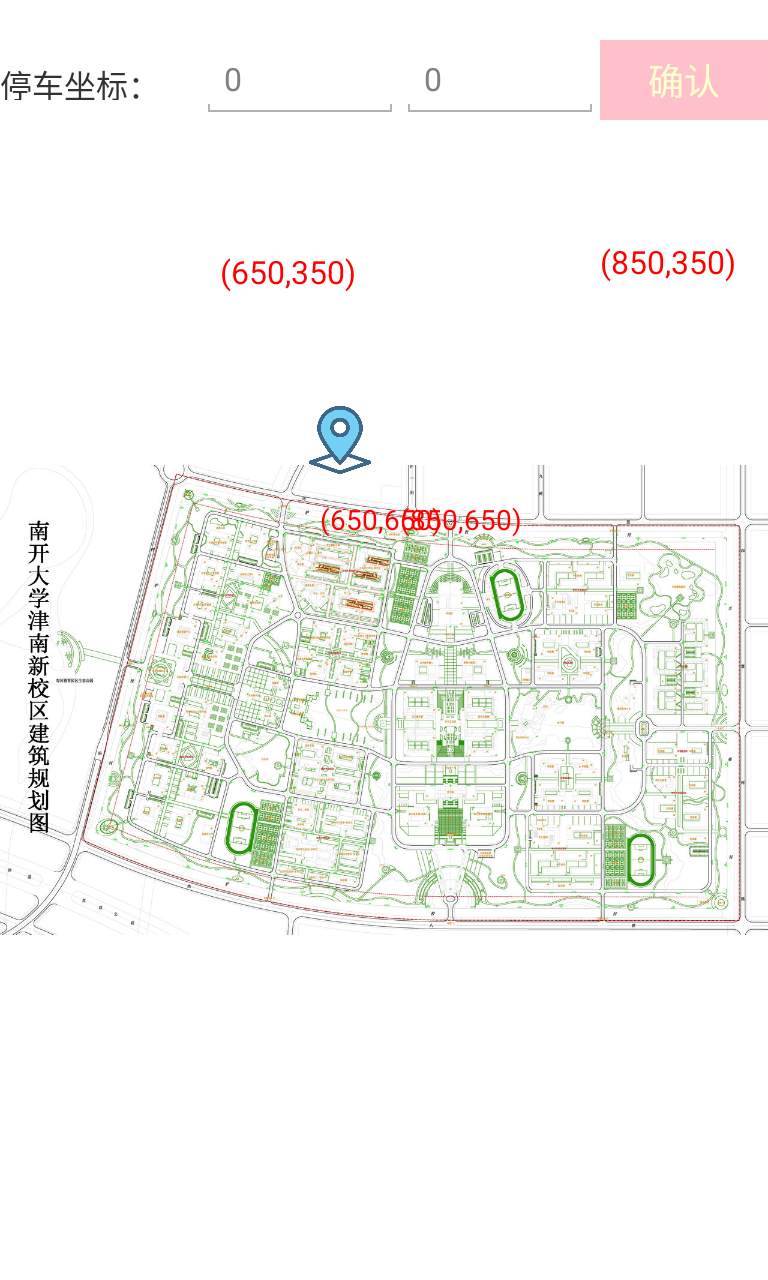
Repository: CovaWang/temporary_embedded
Layout: 7#车联·共享单车/代码/代码/res/layout/compass.xml
These files come from the project's save history. The layout is drawn as it stood at one moment and after the next save; the edit follows.
It is drawn on a 768 x 1280 px phone screen (xhdpi) without system bars, with theme AppTheme; the app's code is not run.

Above is the layout before, as saved 2024-05-08 11:19:48.

### 7#车联·共享单车/代码/代码/res/layout/compass.xml
<?xml version="1.0" encoding="utf-8"?>
<RelativeLayout xmlns:android="http://schemas.android.com/apk/res/android"
    android:layout_width="fill_parent"
    android:layout_height="match_parent"
    android:orientation="vertical" >


	    <TextView
			android:layout_width="100dp"
			android:layout_height="20dp"
			android:layout_marginTop='30dp'
			android:layout_marginLeft='0dp'
			android:text="停车坐标："
			android:textSize="16dp"
			android:layout_weight="1" />

	    <EditText
	        android:id="@+id/compass_text1"
			android:layout_width="100dp"
			android:layout_height="40dp"
			android:layout_marginTop='20dp'
			android:layout_marginLeft='100dp'
			android:hint="0"
			android:textSize="16sp"
			android:textColor="#8A2BE2"
			android:layout_weight="1" />

	    <EditText
	        android:id="@+id/compass_text2"
			android:layout_width="100dp"
			android:layout_height="40dp"
			android:layout_marginTop='20dp'
			android:layout_marginLeft='200dp'
			android:hint="0"
			android:textSize="16sp"
			android:textColor="#8A2BE2"
			android:layout_weight="1" />

	    <Button
        android:id="@+id/compass_btn"
        android:layout_width="100dp"
        android:layout_height="40dp"
        android:layout_marginTop="20dp"
        android:layout_marginLeft="300dp"
        android:background="#FFC0CB"
        android:text="确认"
        android:textColor="#FFC" />


    <ImageView
        android:id="@+id/compass_img"
        android:layout_width="match_parent"
        android:layout_height="match_parent"
        android:layout_marginTop='60dp'
	    android:layout_marginLeft='0dp'
        android:src="@drawable/map"
        android:layout_weight="1" />

    <!-- 当前位置 -->
     <ImageView
        android:id="@+id/compass_sit"
        android:layout_width="40dp"
        android:layout_height="40dp"
        android:layout_marginTop='200dp'
	    android:layout_marginLeft='150dp'
        android:src="@drawable/situation"
        android:layout_weight="1" />

    <!-- 左下点 (225,275)-->
     <TextView
         android:layout_width="match_parent"
         android:layout_height="match_parent"
         android:layout_weight="1"
         android:layout_marginTop='250dp'
	     android:layout_marginLeft='160dp'
         android:text="(650,650)"
         android:textColor="#FF0000"
         android:textSize="14dp" />
     <!-- 右下点(525,275) -->
     <TextView
         android:layout_width="match_parent"
         android:layout_height="match_parent"
         android:layout_weight="1"
         android:layout_marginTop='250dp'
	     android:layout_marginLeft='200dp'
         android:text="(850,650)"
         android:textColor="#FF0000"
         android:textSize="14dp" />
     <!-- 右上点 (525,150)-->
     <TextView
         android:layout_width="match_parent"
         android:layout_height="match_parent"
         android:layout_weight="1"
         android:layout_marginTop='120dp'
	     android:layout_marginLeft='300dp'
         android:text="(850,350)"
         android:textColor="#FF0000"
         android:textSize="16dp" />
	  <!-- 左上点 (225,150)-->
      <TextView
         android:layout_width="match_parent"
         android:layout_height="match_parent"
         android:layout_weight="1"
         android:layout_marginTop='125dp'
	     android:layout_marginLeft='110dp'
         android:text="(650,350)"
         android:textColor="#FF0000"
         android:textSize="16dp" />
</RelativeLayout>

### 7#车联·共享单车/代码/代码/res/values/styles.xml
<resources>

    <!--
        Base application theme, dependent on API level. This theme is replaced
        by AppBaseTheme from res/values-vXX/styles.xml on newer devices.

    -->
    <style name="AppBaseTheme" parent="android:Theme.Light">
        <!--
            Theme customizations available in newer API levels can go in
            res/values-vXX/styles.xml, while customizations related to
            backward-compatibility can go here.

        -->
    </style>

    <!-- Application theme. -->
    <style name="AppTheme" parent="AppBaseTheme">
        <!-- All customizations that are NOT specific to a particular API-level can go here. -->
    </style>
    <!-- 高宽都包裹内容 -->
    <style name="wrapcontent">
        <item name="android:layout_width">wrap_content</item>
        <item name="android:layout_height">wrap_content</item>
    </style>

    <!-- 自定义对话框样式 -->
    <style name="dialog_custom" parent="android:style/Theme.Dialog">
        <item name="android:windowFrame">@null</item>
        <item name="android:windowNoTitle">true</item>
        <item name="android:background">#00000000</item>
        <item name="android:windowBackground">@android:color/transparent</item>
    </style>
    <!-- TextView 16sp样式 -->
    <style name="textview16sp" parent="wrapcontent">
        <item name="android:textSize">16sp</item>
        <item name="android:gravity">center_vertical</item>
    </style>

    <!-- TextView 14sp样式 -->
    <style name="textview12sp" parent="wrapcontent">
        <item name="android:textSize">12sp</item>
        <item name="android:gravity">center_vertical</item>
    </style>
    <!-- TextView 14sp样式 -->
    <style name="textview14sp" parent="wrapcontent">
        <item name="android:textSize">14sp</item>
        <item name="android:gravity">center_vertical</item>
    </style>

    <!-- 宽度为0dp,高度为包裹内容，权重为1 -->
    <style name="zero_widthwrapcontent">
        <item name="android:layout_width">0dp</item>
        <item name="android:layout_height">wrap_content</item>
        <item name="android:layout_weight">1</item>
    </style>

    <!-- 黄色14sp,图片间距为5dp的textview -->
    <style name="tvyellow14sp" parent="zero_widthwrapcontent">
        <item name="android:textSize">14sp</item>
        <item name="android:drawablePadding">3dp</item>
        <item name="android:gravity">center</item>
        <item name="android:textColor">@color/bright_yellow</item>
    </style>

</resources>

Loaded but not shown: 7#车联·共享单车/代码/代码/res/values-v11/styles.xml (common file); 7#车联·共享单车/代码/代码/res/values-v14/styles.xml (common file)

After the next save:
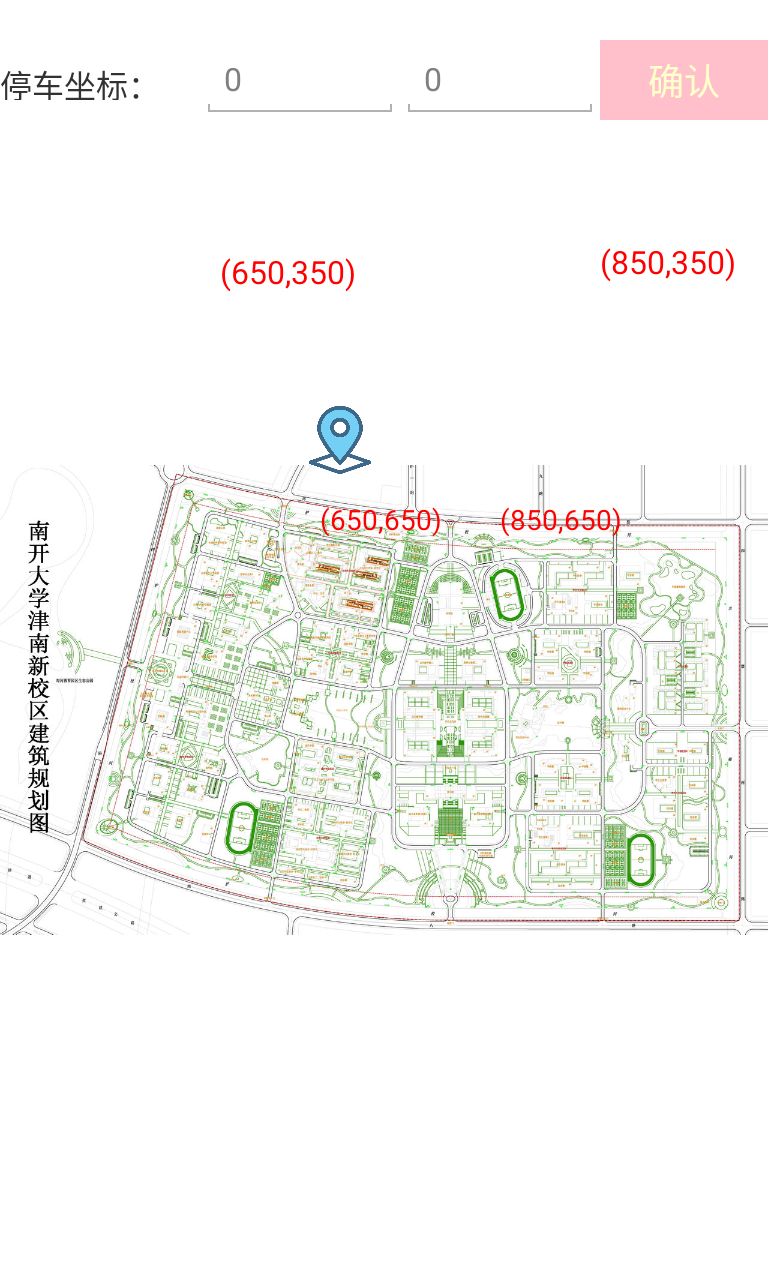
Saved 27 s later.
--- a/7#车联·共享单车/代码/代码/res/layout/compass.xml
+++ b/7#车联·共享单车/代码/代码/res/layout/compass.xml
@@ -82,7 +82,7 @@
          android:layout_height="match_parent"
          android:layout_weight="1"
          android:layout_marginTop='250dp'
-	     android:layout_marginLeft='200dp'
+	     android:layout_marginLeft='250dp'
          android:text="(850,650)"
          android:textColor="#FF0000"
          android:textSize="14dp" />
